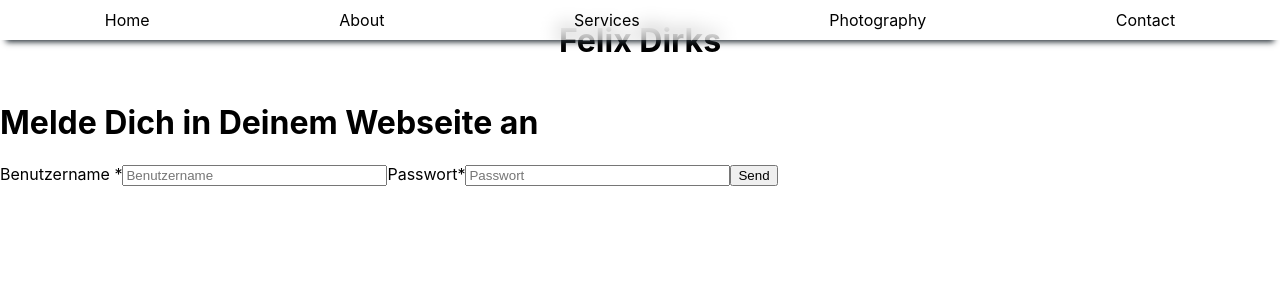
Repository: muhanad-musawi/backend-projekt-frondend
Page: /register (app in pohtographer/)
The author's editor kept a copy of each file at every save. The page is drawn from the files as they stood at one save, then again after the next save.
The browser window is 1280 px wide. The pictures show the whole page.
The page's requests for data from a server got no answer. The project was rebuilt for these pictures with package versions that can differ from the ones it lists, and the page was loaded fresh each time. The framework's server and built-in components were replaced by stand-ins that run in the browser. No one was signed in, and anything a server would have sent is missing. Also part of the build but not shown: pohtographer/next.config.js, pohtographer/styles/Footer.module.css.

Above is the page before, as saved 2022-03-25 18:55:06.

After the next save:
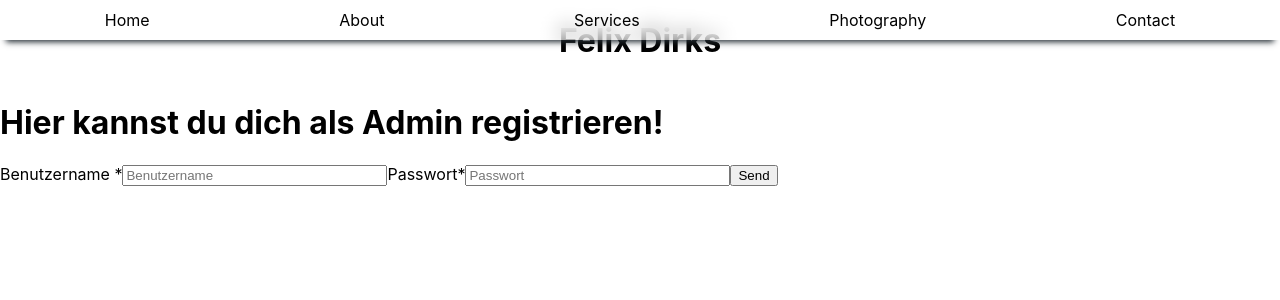
Saved 97 s later.
--- a/pohtographer/pages/register.jsx
+++ b/pohtographer/pages/register.jsx
@@ -71,7 +71,7 @@ function Register() {
 
    return (
     <div>
-      <h1>Melde Dich in Deinem Webseite an</h1>
+      <h1>Hier kannst du dich als Admin registrieren!</h1>
      <div className='adminRegister' >
     <form className='adminRegisterForm' action="" onSubmit={handleSubmit}>
 
